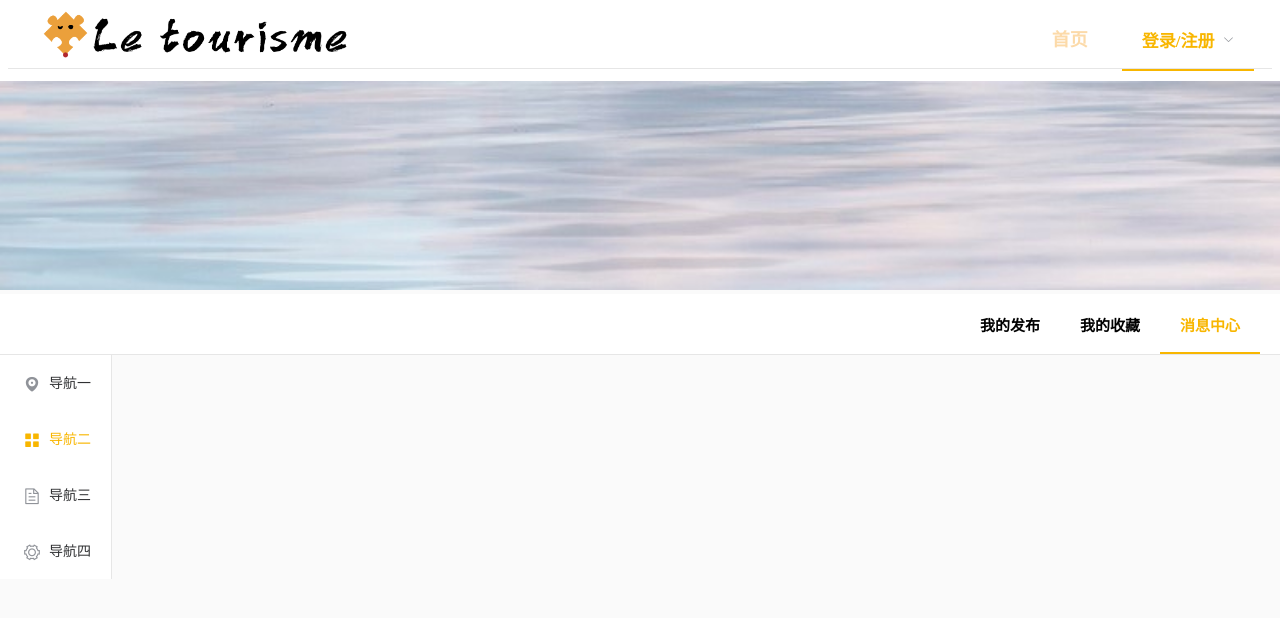
Repository: linxuerou0129/2020.08.31
Page: /Message
An editor plug-in stored every save of this project. The page is shown before and after the next save, followed by the edit.
The browser window is 1280 px wide. The pictures show the whole page.
The page's requests for data from a server got no answer. The project was rebuilt for these pictures with package versions that can differ from the ones it lists, and the page was loaded fresh each time. No one was signed in, and anything a server would have sent is missing. Also part of the build but not shown: src/views/Home.vue.

Above is the page before, as saved 2020-08-29 21:25:59.

After the next save:
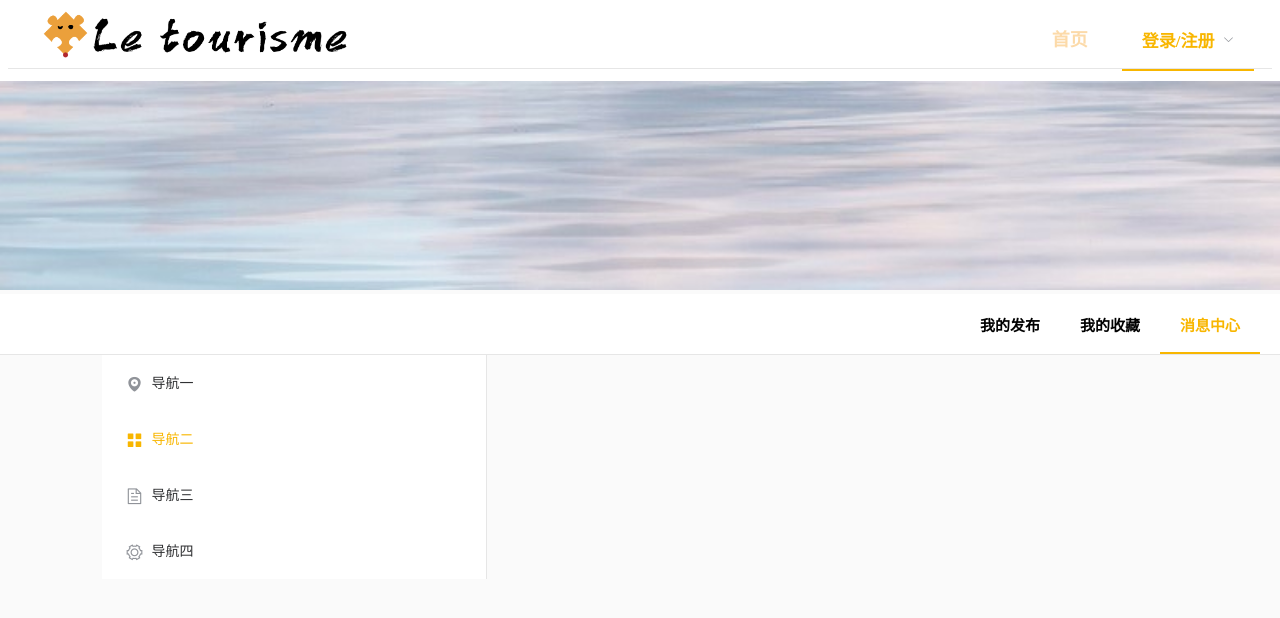
Saved 73 min 10 s later.
--- a/src/views/Message.vue
+++ b/src/views/Message.vue
@@ -16,9 +16,7 @@
     <div class="body">
         <el-menu
         default-active="2"
-        class="el-menu-vertical-demo"
-        @open="handleOpen"
-        @close="handleClose">
+        class="left">
         <el-menu-item index="1">
             <template slot="title">
             <i class="el-icon-location"></i>
@@ -72,6 +70,10 @@ export default {
 </script>
 
 <style scoped>
+.left{
+    width: 30%;
+    margin-left: 8%;
+}
 .head1{
   position: relative;
   left: 75%;
